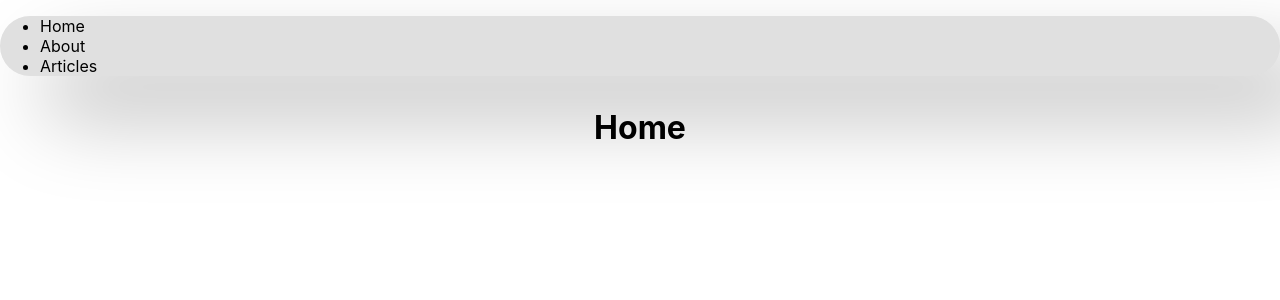
Repository: ShindanoSingi/react-software-architecture-course
Page: /
An editor plug-in stored every save of this project. The page is shown before and after the next save, followed by the edit.
The browser window is 1280 px wide. The pictures show the whole page.
The project was rebuilt for these pictures with package versions that can differ from the ones it lists, and the page was loaded fresh each time. Also part of the build but not shown: src/pages/About.js, src/pages/Articles.js.

Above is the page before, as saved 2022-12-25 20:04:34.

After the next save:
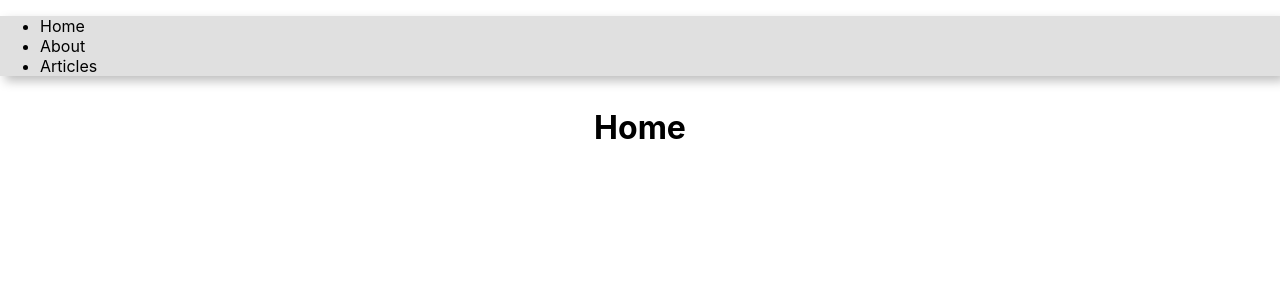
Saved 48 s later.
--- a/src/App.css
+++ b/src/App.css
@@ -5,10 +5,10 @@ h1 {
 }
 
 .nav-bar {
-    border-radius: 50px;
+    border-radius: 0px;
     background: #e0e0e0;
-    box-shadow: 41px 41px 82px #bebebe,
-        -41px -41px 82px #ffffff;
+    box-shadow: 5px 5px 10px #bebebe,
+        -5px -5px 10px #ffffff;
 }
 
 .container {
